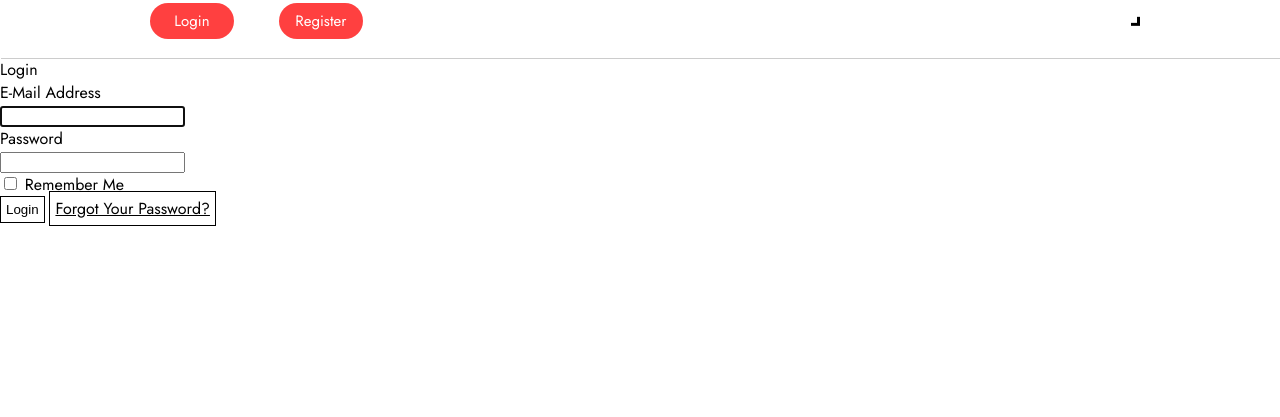
Repository: PatryxB/bikeService
Page: http://localhost/login
The author's editor kept a copy of each file at every save. The page is drawn from the files as they stood at one save, then again after the next save.
The browser window is 1280 px wide. The pictures show the whole page.
The page is served by the project's Laravel application, run on PHP 8.4 with Laravel 8. Other server files are loaded and not shown. Style sheets and scripts are compiled from the project's sources, by tool versions that may differ from the author's.

Above is the page before, as saved 2020-05-14 10:52:57.

### resources/views/layouts/app.blade.php
<!doctype html>
<html lang="{{ str_replace('_', '-', app()->getLocale()) }}">
<head>
    <meta charset="utf-8">
    <meta name="viewport" content="width=device-width, initial-scale=1">

    <!-- CSRF Token -->
    <meta name="csrf-token" content="{{ csrf_token() }}">

    <title>{{ config('app.name', 'Laravel') }}</title>

    <!-- Scripts -->
    <script src="{{ asset('js/app.js') }}" defer></script>

    <!-- Fonts -->
    <link rel="dns-prefetch" href="//fonts.gstatic.com">
    <link href="https://fonts.googleapis.com/css?family=Nunito" rel="stylesheet">

    <!-- Styles -->
    <link href="{{ asset('css/app.css') }}" rel="stylesheet">
</head>
<body>
    <div id="app">
        <nav>
            @if (Route::has('login'))
                @auth
                    <a href="{{ url('/home') }}">Home</a>
                @else
                    <a href="{{ route('login') }}" role="button">Login</a>

                    @if (Route::has('register'))
                        <a href="{{ route('register') }}" role="button" style="margin-left:40px">Register</a>
                    @endif
                @endauth
            @endif
            <a role="button" class="arrow down"></a>
        </nav>
        <main>
            @yield('content')
        </main>
    </div>
</body>
</html>

### resources/sass/app.scss
@import url('https://fonts.googleapis.com/css2?family=Jost&display=swap');
html, body{
    box-sizing: border-box;
    margin: 0;
    padding: 0;
    font-family: 'Jost', sans-serif;
}
.logo img{
    position: absolute !important;
    top: 5% !important;
    right: 5% !important;
    width: 100px !important;
    height: 50px !important;
    opacity: .3;
}
.banner img{
    width: 100%;
    height: 92vh;
    position: relative;
    filter: brightness(90%);
}
.banner-text{
    position: absolute;
    left: 35px;
    bottom: 30%;
    color: white;
    font-size: 50px;
}
h1{
    margin: 20px;
}
nav{
    width: 100%;
    height: 8vh;
    box-shadow: 1px 1px rgb(204, 204, 204);
}
nav a:nth-child(1), nav a:nth-child(2){
    margin-top: 3px;
    text-decoration: none;
    display: inline-block;
    margin-left: 150px;
    border-radius: 25px;
    background-color: rgb(255, 64, 64);
    color: white;
    font-size: 15px;
    padding: 7px;
    width: 70px;
    text-align: center;
}
.arrow{
    border: solid black;
    border-width: 0 3px 3px 0;
    display: inline-block;
    padding: 3px;
    animation: move 2s ease-out infinite;
}
.down{
    transform: rotate(45deg);
    -webkit-transform: rotate(45deg);
    float: right;
    margin-right: 140px;
    margin-top: 10px;
}
@keyframes move{
    from {transform: translateY(0);}
    to {transform: translateY(10px);}
}
.photos .more img{
    width: 33.3%;
    filter: brightness(70%);
}
.more{
    float: left;
}
.btn{
    background-color: white;
    color: black;
    border: 1px solid black;
    padding: 5px;
}

Loaded but not shown: routes/web.php (common file); app/Http/Controllers/Auth/LoginController.php (common file); app/Http/Controllers/Controller.php (common file); app/Http/Controllers/Auth/ConfirmPasswordController.php (common file); resources/views/auth/login.blade.php (common file)

After the next save:
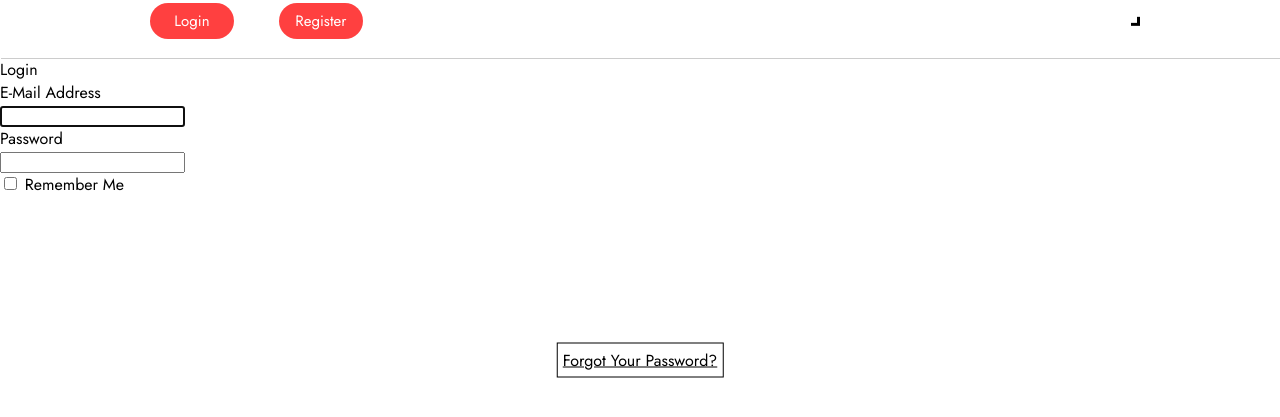
Saved 49 s later.
--- a/resources/sass/app.scss
+++ b/resources/sass/app.scss
@@ -68,11 +68,16 @@ nav a:nth-child(1), nav a:nth-child(2){
 .photos .more img{
     width: 33.3%;
     filter: brightness(70%);
+    position: relative;
 }
 .more{
     float: left;
 }
 .btn{
+    position: absolute;
+    top: 50%;
+    left: 50%;
+    transform: translate(-50%, -50%);
     background-color: white;
     color: black;
     border: 1px solid black;
